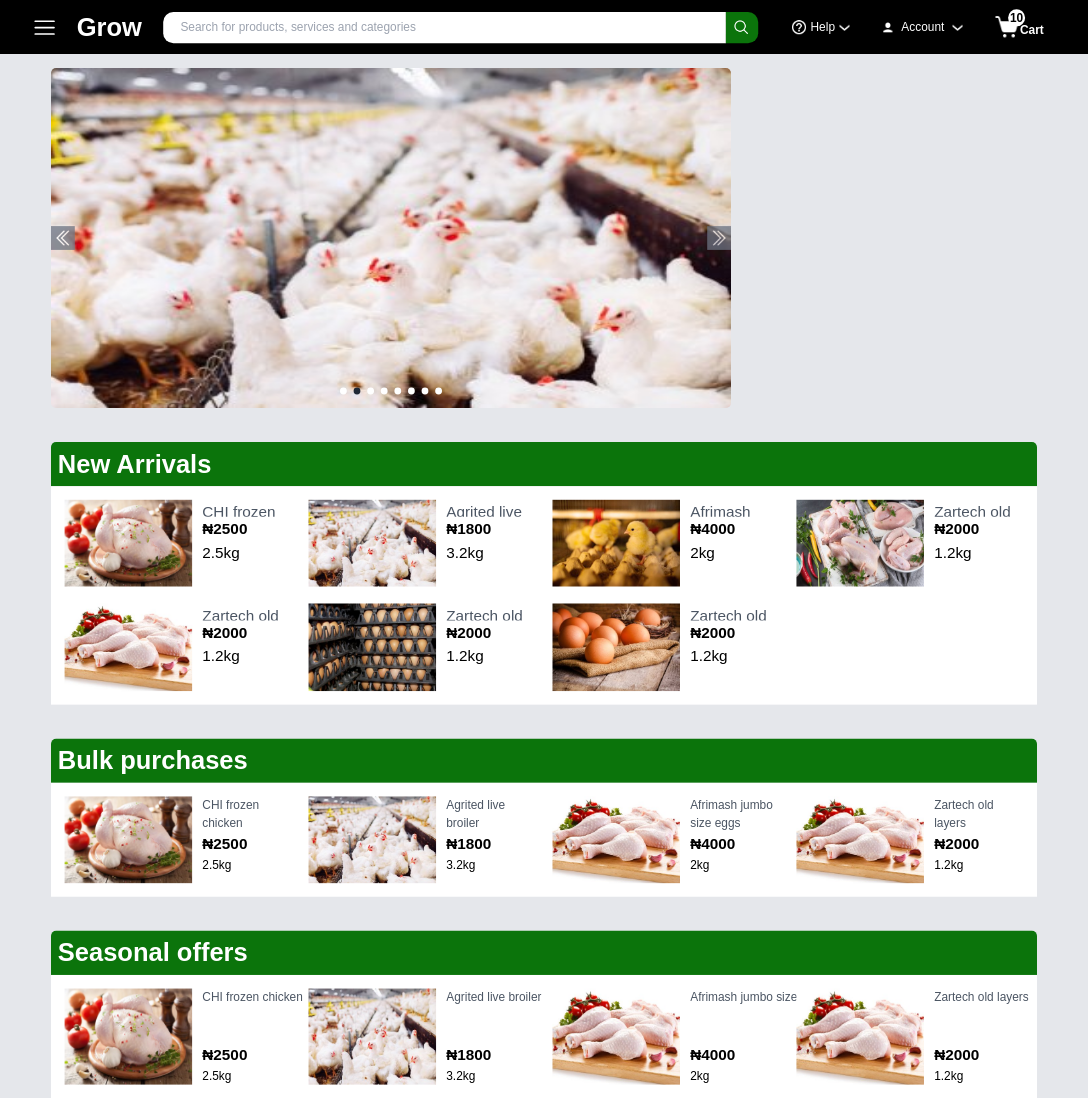
Repository: IssaMuiz/ifarmstock
Page: /
An editor plug-in stored every save of this project. The page is shown before and after the next save, followed by the edit.
The browser window is 1280 px wide. The pictures show the whole page, at 85% of full size.
The project was rebuilt for these pictures with package versions that can differ from the ones it lists, and the page was loaded fresh each time. The framework's server and built-in components were replaced by stand-ins that run in the browser. Also part of the build but not shown: next.config.mjs.

Above is the page before, as saved 2024-08-31 06:24:39.

After the next save:
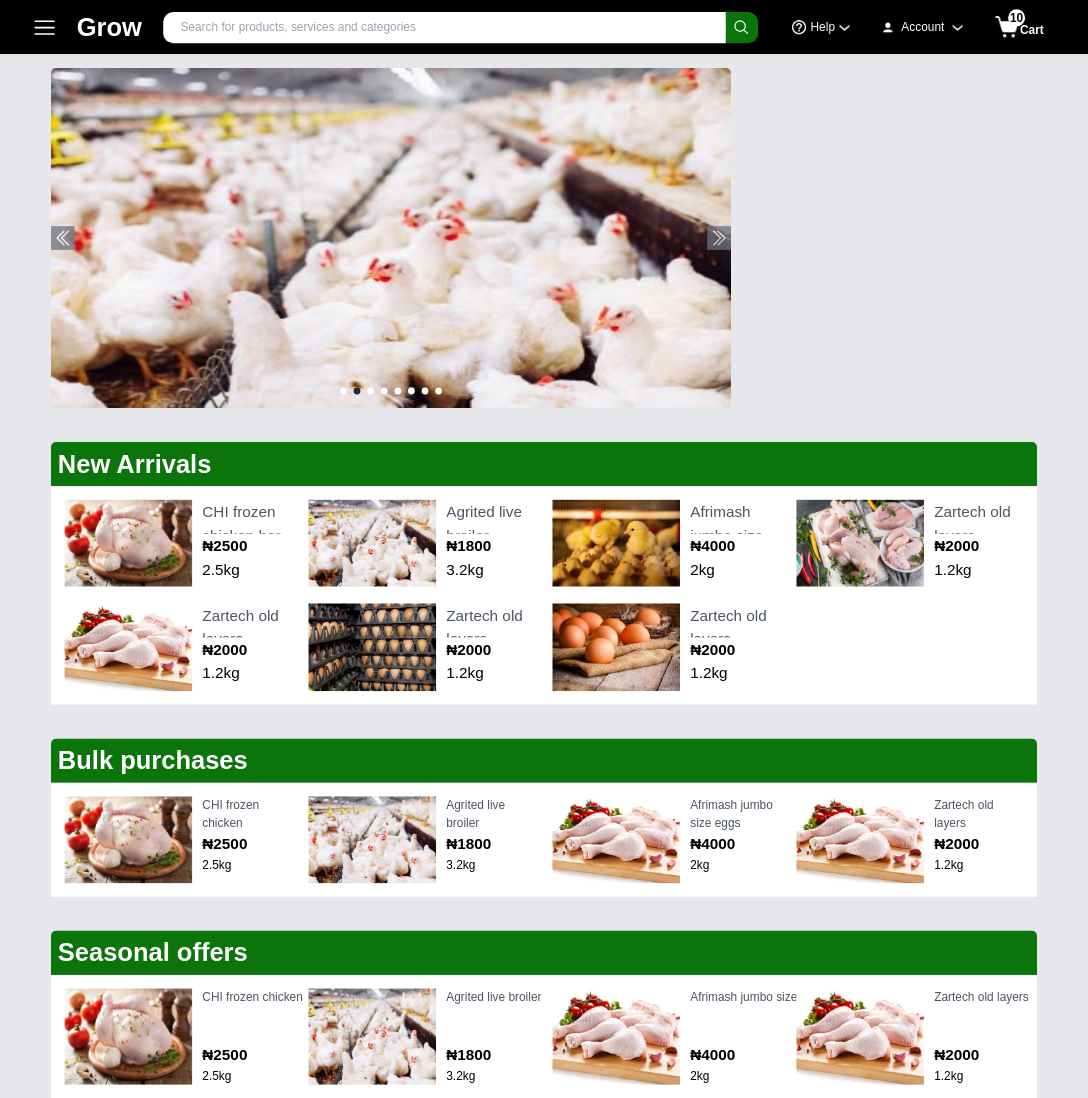
Saved 32 s later.
--- a/components/newArrivalsCards.tsx
+++ b/components/newArrivalsCards.tsx
@@ -8,7 +8,7 @@ const NewArrivalsCards = () => {
           <div key={index} className="flex gap-3">
             <Image src={product.image} alt="poultry" width={150} height={150} />
             <div className="text-lg overflow-hidden">
-              <p className="text-gray-600 overflow-hidden h-5">
+              <p className="text-gray-600 overflow-hidden h-10">
                 {product.name}
               </p>
               <p className="font-semibold text-lg">&#8358;{product.Price}</p>
